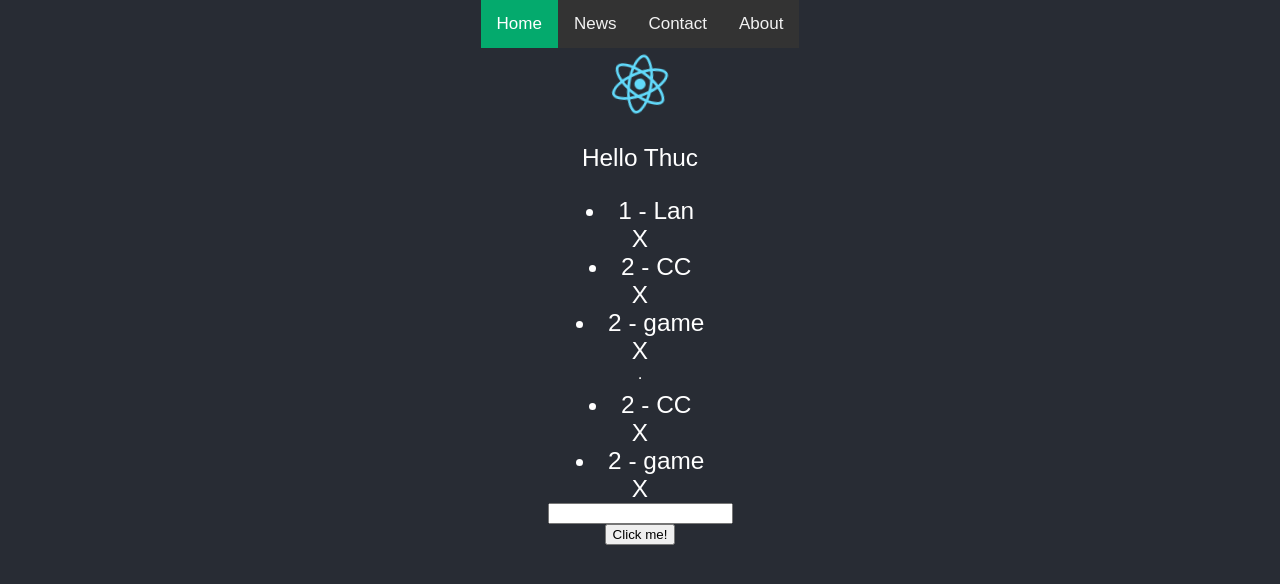
Repository: ThucSkin/React-hook-basic
Page: /
The author's editor kept a copy of each file at every save. The page is drawn from the files as they stood at one save, then again after the next save.
The browser window is 1280 px wide. The pictures show the whole page.
The project was rebuilt for these pictures with package versions that can differ from the ones it lists, and the page was loaded fresh each time.

Above is the page before, as saved 2023-06-11 01:49:33.

After the next save:
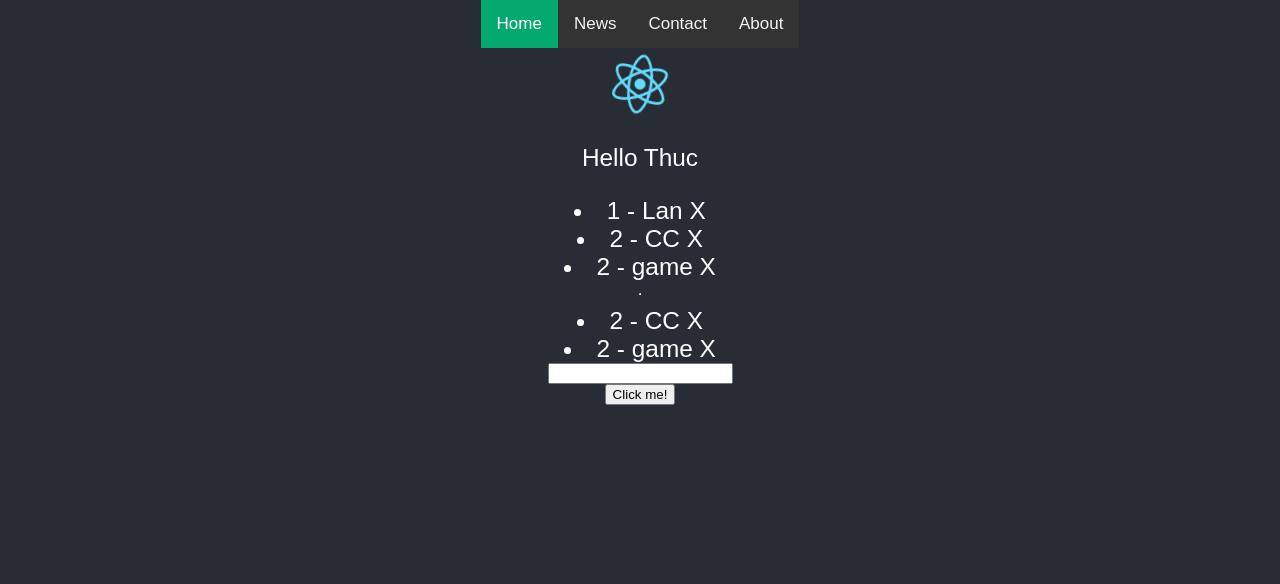
Saved 15 s later.
--- a/src/views/Todo.js
+++ b/src/views/Todo.js
@@ -7,7 +7,7 @@
             {todos.map(item => {
                 return (
                     <div key={item.id}>
-                        <li className='todos-child'>{item.id} - {item.name}</li><span>X</span>
+                        <li className='todos-child'>{item.id} - {item.name} <span>X</span></li>
 
                     </div>
                 )
